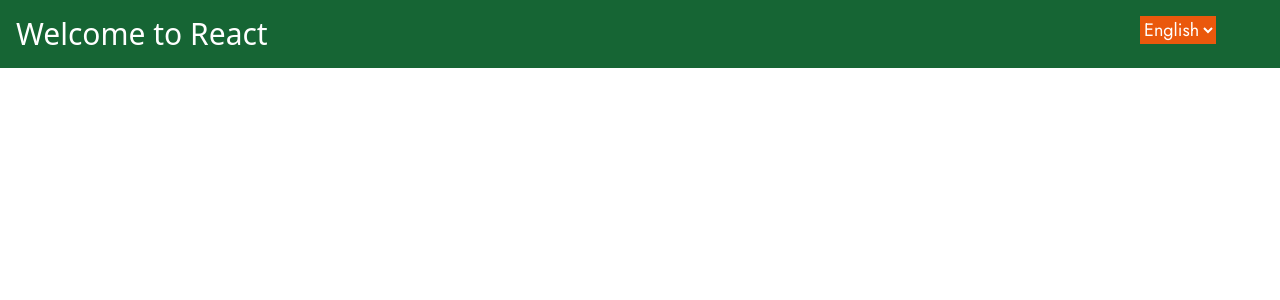
Repository: SaadYasin/react-internationalization
Page: /
These files come from the project's save history. The page is drawn as it stood at one moment and after a run of saves; the edit follows.
The browser window is 1280 px wide. The pictures show the whole page.
The project was rebuilt for these pictures with package versions that can differ from the ones it lists, and the page was loaded fresh each time. Also part of the build but not shown: vite.config.js.

Above is the page before, as saved 2024-07-19 14:26:10.

### index.html
<!doctype html>
<html lang="en">
  <head>
    <meta charset="UTF-8" />
    <link rel="icon" type="image/svg+xml" href="/vite.svg" />
    <meta name="viewport" content="width=device-width, initial-scale=1.0" />
    <title>Vite + React</title>

    <!-- FONTS -->
    <link rel="preconnect" href="https://fonts.googleapis.com">
    <link rel="preconnect" href="https://fonts.gstatic.com" crossorigin>
    <link
      href="https://fonts.googleapis.com/css2?family=Jost:ital,wght@0,100..900;1,100..900&family=Poppins:ital,wght@0,100;0,200;0,300;0,400;0,500;0,600;0,700;0,800;0,900;1,100;1,200;1,300;1,400;1,500;1,600;1,700;1,800;1,900&display=swap"
      rel="stylesheet">

  </head>
  <body>
    <div id="root"></div>
    <script type="module" src="/src/main.jsx"></script>
  </body>
</html>

### src/App.jsx
/* eslint-disable no-unused-vars */
import React, { useEffect,useState } from "react";
import i18next from '../src/utils/i18next';
import { i18n } from '../src/utils/i18next';
import { useTranslation } from 'react-i18next'
import Cookies from "js-cookie";
function App() {
  const [locale, setLocale] = useState(i18n.language);

  i18n.on("languageChanged", (lng) => {
    setLocale(i18n.language);
  })

  const handleChange = (e) => {
    i18n.changeLanguage(e.target.value);
  }
  const { t } = useTranslation();

  const lng = Cookies.get("i18next") || "en";

  useEffect(() => {
    window.document.dir = i18next.dir();
  }, [lng]);

  return (
    <>
      <div className="flex justify-between p-4 bg-green-800">
        <h2 className="text-3xl text-start text-white ">
          {t("Welcome to React")}
        </h2>

        <div>
          <select
            value={locale}
            onChange={handleChange}
            className="bg-orange-600 text-[18px] text-white font-secondary  xl:mx-12 cursor-pointer"
          >
            <option
              value="en"
              className="text-[18px] text-primary font-secondary hover:text-primary-hover"
            >
              English
            </option>

            <option
              value="ar"
              className="text-[18px] text-primary font-secondary hover:text-primary-hover"
            >
              Arabic
            </option>
          </select>
        </div>

        {/* Language selection */}

        {/* <div className="flex justify-center gap-4 mt-10">
          <button
            onClick={() => i18next.changeLanguage("en")}
            className="text-[18px] bg-slate-800 text-white px-4 py-2 rounded-lg">English</button>


          <button
            onClick={() => i18next.changeLanguage("ar")}
            className="text-[18px] bg-slate-800 text-white px-4 py-2 rounded-lg">Arabic</button>

        </div> */}
      </div>
    </>
  );
}

export default App;

### src/index.css
@import url('https://fonts.googleapis.com/css2?family=Jost:ital,wght@0,100..900;1,100..900&family=Poppins:ital,wght@0,100;0,200;0,300;0,400;0,500;0,600;0,700;0,800;0,900;1,100;1,200;1,300;1,400;1,500;1,600;1,700;1,800;1,900&display=swap');

@tailwind base;
@tailwind components;
@tailwind utilities;

### src/utils/i18next.js
import i18n from "i18next";
import { initReactI18next } from "react-i18next";

import languageDetector from "i18next-browser-languagedetector";
import HttpApi from "i18next-http-backend";

i18n
  .use(initReactI18next)
  .use(languageDetector)
  .use(HttpApi)
  .init({
    fallbackLng: "en",
    detection: {
      order: [
        "htmlTag",
        "cookie",
        "localStorage",
        "sessionStorage",
        "navigator",
        "path",
        "subdomain",
      ],
      caches: ["cookie"],
    },
    backend: {
      loadPath: "/locale/{{lng}}/translation.json",
    },
  });

export default i18n;
export { i18n };

### tailwind.config.js
/** @type {import('tailwindcss').Config} */
export default {
  content: ["./index.html", "./src/**/*.{js,ts,jsx,tsx}"],
  theme: {
    fontFamily: {
      primary: ["Poppins", "sans-serif"],
      secondary: ["Jost", "sans-serif"],
    },
    extend: {},
  },
  plugins: [],
};

Loaded but not shown: src/main.jsx (common file)

After the next 6 saves:
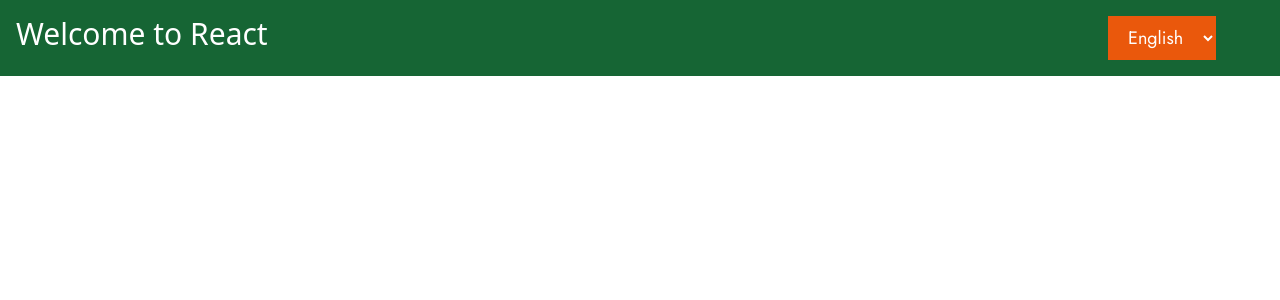
The 6 saves are shown as one change because they came seconds apart.
The last was saved 18 s later.
--- a/src/App.jsx
+++ b/src/App.jsx
@@ -33,7 +33,7 @@
           <select
             value={locale}
             onChange={handleChange}
-            className="bg-orange-600 text-[18px] text-white font-secondary  xl:mx-12 cursor-pointer"
+            className="bg-orange-600 text-[18px] text-white font-secondary px-4 py-2 xl:mx-12 cursor-pointer"
           >
             <option
               value="en"
